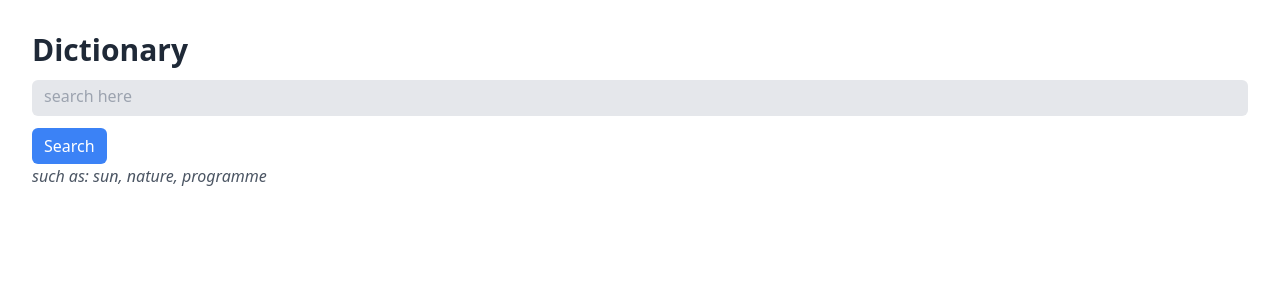
Repository: imokha01/dictionary-app
Page: /
The author's editor kept a copy of each file at every save. The page is drawn from the files as they stood at one save, then again after a run of saves.
The browser window is 1280 px wide. The pictures show the whole page.
The project was rebuilt for these pictures with package versions that can differ from the ones it lists, and the page was loaded fresh each time. Also part of the build but not shown: vite.config.js, src/App.css.

Above is the page before, as saved 2024-02-19 11:00:19.

### src/App.jsx
import { useState } from 'react'
import './App.css'
import { Route, Routes, } from 'react-router-dom'
import Home from './pages/Home'



function App() {
  const [count, setCount] = useState(0)

  return (
    <>
      <Routes>
          <Route path='/' element={<Home/>}/>
      </Routes>
    </>
  )
}

export default App

### src/index.css
@tailwind base;
@tailwind components;
@tailwind utilities;

#root {
  margin: 0 auto;
  padding: 2rem;
  /* text-align: center; */
}

### src/pages/Home.jsx

const Home = () => {
    return (
        <div>
            <div className="flex flex-col gap-3">
                <h1 className="text-3xl  font-semibold">Dictionary</h1>
                <div className="flex flex-col">
                    <input className="bg-gray-200 rounded-md h-9 pl-3 pb-1 mb-3" type="text" placeholder="search here" />
                    <button className="bg-blue-500 text-white rounded-md px-3 py-1.5 w-fit">Search</button>
                    <i className="text-gray-600">such as: sun, nature, programme</i>
                </div>
            </div>
        </div>
    )
}

export default Home

### tailwind.config.js
/** @type {import('tailwindcss').Config} */
import daisyui from 'daisyui';
export default {
  content: [
    "./index.html",
    "./src/**/*.{js,ts,jsx,tsx}",
  ],
  theme: {
    extend: {},
  },
  plugins: [daisyui],
};

Loaded but not shown: index.html (common file); src/main.jsx (common file)

After the next 3 saves:
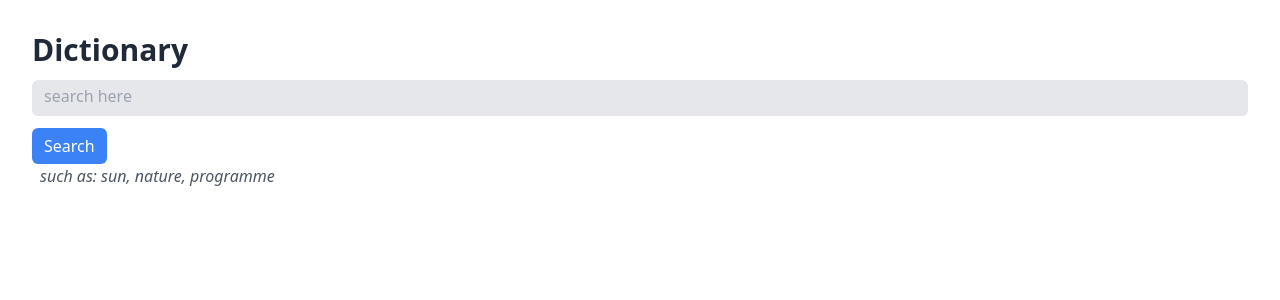
The 3 saves are shown as one change because they came seconds apart.
The last was saved 7 s later.
--- a/src/pages/Home.jsx
+++ b/src/pages/Home.jsx
@@ -7,7 +7,7 @@ const Home = () => {
                 <div className="flex flex-col">
                     <input className="bg-gray-200 rounded-md h-9 pl-3 pb-1 mb-3" type="text" placeholder="search here" />
                     <button className="bg-blue-500 text-white rounded-md px-3 py-1.5 w-fit">Search</button>
-                    <i className="text-gray-600">such as: sun, nature, programme</i>
+                    <i className="text-gray-600 pl-2">such as: sun, nature, programme</i>
                 </div>
             </div>
         </div>
